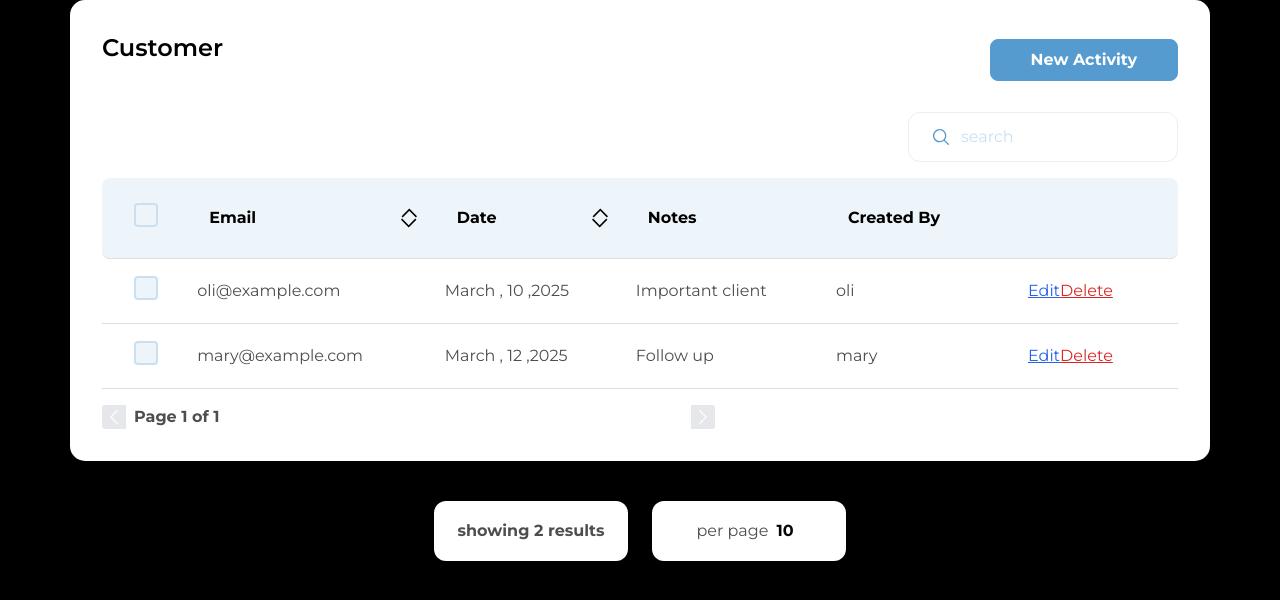
Repository: Abdelrhman-asker-smart/JsdcPIF
Page: tableAcitviy.html
The author's editor kept a copy of each file at every save. The page is drawn from the files as they stood at one save, then again after the next save.
The browser window is 1280 px wide. The pictures show the whole page.
Some web libraries are served in a nearby version.

Above is the page before, as saved 2025-03-10 11:36:04.

After the next save:
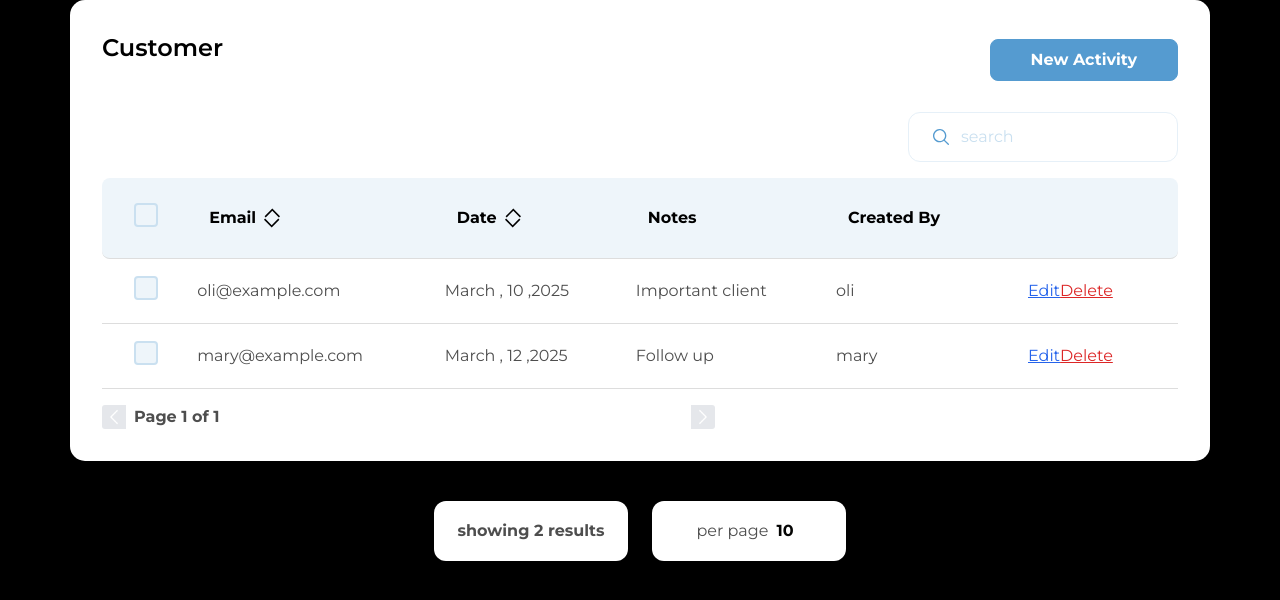
Saved 77 s later.
--- a/tableAcitviy.html
+++ b/tableAcitviy.html
@@ -158,7 +158,7 @@ New Activity            </button>
             </th>
             <!-- Email header with sort icons -->
             <th class="p-2 text-left cursor-pointer sortable" data-column="email">
-              <div class="flex items-center justify-between">
+              <div class="flex items-center gap-2">
                 <span>Email</span>
                 <div class="flex flex-col arrows inline-flex h-[40px] justify-center">
                   <svg class="arrow-up" width="16" style="rotate: 180deg" height="10" viewBox="0 0 16 10" fill="none" xmlns="http://www.w3.org/2000/svg">
@@ -172,7 +172,7 @@ New Activity            </button>
             </th>
             <!-- Date header with sort icons -->
             <th class="p-2 text-left cursor-pointer sortable" data-column="date">
-              <div class="flex items-center justify-between">
+              <div class="flex items-center gap-2">
                 <span>Date</span>
                 <div class="flex flex-col arrows inline-flex h-[40px] justify-center">
                   <svg class="arrow-up" width="16" style="rotate: 180deg" height="10" viewBox="0 0 16 10" fill="none" xmlns="http://www.w3.org/2000/svg">
@@ -186,13 +186,13 @@ New Activity            </button>
             </th>
             <!-- Notes header with sort icons -->
             <th class="p-2 text-left cursor-pointer sortable" data-column="notes">
-              <div class="flex items-center justify-between">
+              <div class="flex items-center gap-2">
                 <span>Notes</span>
               </div>
             </th>
             <!-- Created By header with sort icons -->
             <th class="p-2 text-left cursor-pointer sortable" data-column="createdBy">
-              <div class="flex items-center justify-between">
+              <div class="flex items-center gap-2">
                 <span>Created By</span>
               </div>
             </th>
